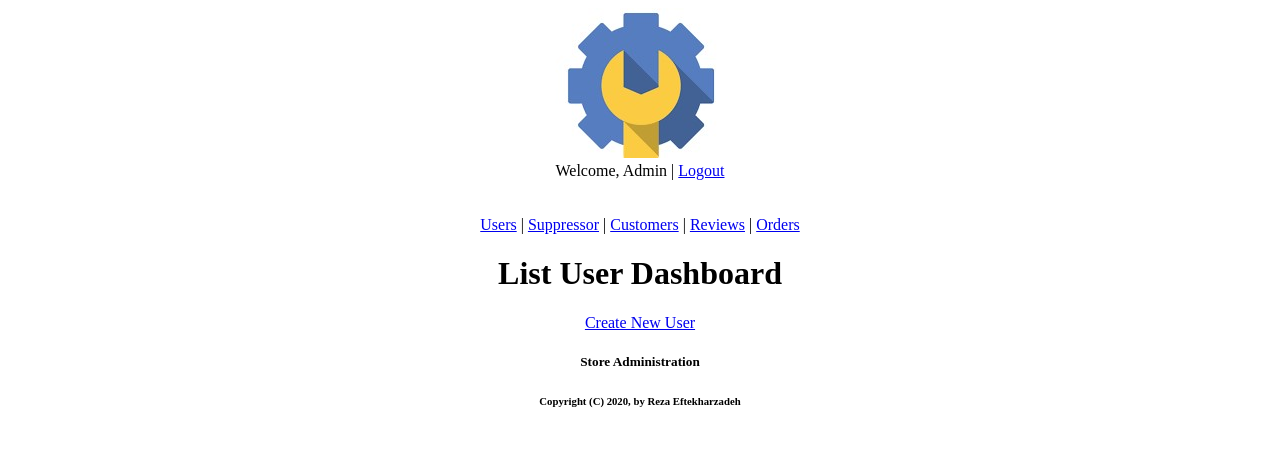
Repository: RezaEftekharzadeh/frey
Page: http://localhost/SilencerStoreProject/admin/user_list.jsp
These files come from the project's save history. The page is drawn as it stood at one moment and after the next save; the edit follows.
The browser window is 1280 px wide. The pictures show the whole page.
The page is served by Tomcat 9. Nobody is signed in. The application's start-up code is not run. Other server files are loaded and not shown.

Above is the page before, as saved 2020-07-17 11:13:21.

### SilencerStoreProject/WebContent/admin/user_list.jsp
<%@ page language="java" contentType="text/html; charset=ISO-8859-1"
    pageEncoding="ISO-8859-1"%>
<!DOCTYPE html>
<html>
<head>
<meta charset="ISO-8859-1">
<title>List Users page</title>
</head>
<body>
	<jsp:include page="header.jsp" />
	<div align="center">
	     <h1>List User Dashboard</h1>
	     <a href="create">Create New User</a>
    </div>



     <jsp:include page="footer.jsp" />
</body>
</html>

### SilencerStoreProject/WebContent/admin/header.jsp
<div align="center">

	<div >
		 <img src="../images/admin-page.jpg">
	</div>

	<div >
	  Welcome, Admin | <a href="logout">Logout</a>
	</div>
	<br><br>

	<div>
		<a href="list_users">Users</a> |
		<a href="suppressor">Suppressor</a> |
		<a href="customers">Customers</a> |
		<a href="reviews">Reviews</a> |
		<a href="orders">Orders</a>
	</div>
</div>

### SilencerStoreProject/WebContent/admin/footer.jsp

<div align="center">

 <h5>Store Administration</h5>
 <h6> Copyright (C) 2020, by Reza Eftekharzadeh</h6>



</div>

After the next save:
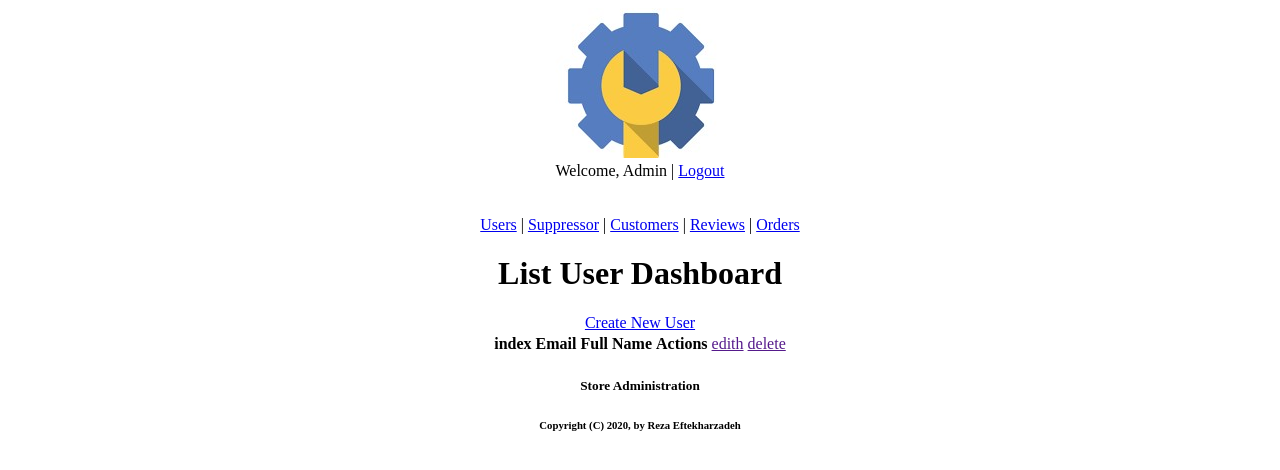
Saved 5 min 55 s later.
--- a/SilencerStoreProject/WebContent/admin/user_list.jsp
+++ b/SilencerStoreProject/WebContent/admin/user_list.jsp
@@ -13,7 +13,22 @@
 	     <a href="create">Create New User</a>
     </div>
 
+	<div align="center">
+		<table>
+			<tr>
+				<th>index</th>
+				<th>Email</th>
+				<th>Full Name</th>
+				<th>Actions
+					<td><a href="">edith</a></td>
+					<td><a href="">delete</a></td>
+				</th>
 
+			</tr>
+
+		</table>
+
+	</div>
 
      <jsp:include page="footer.jsp" />
 </body>
